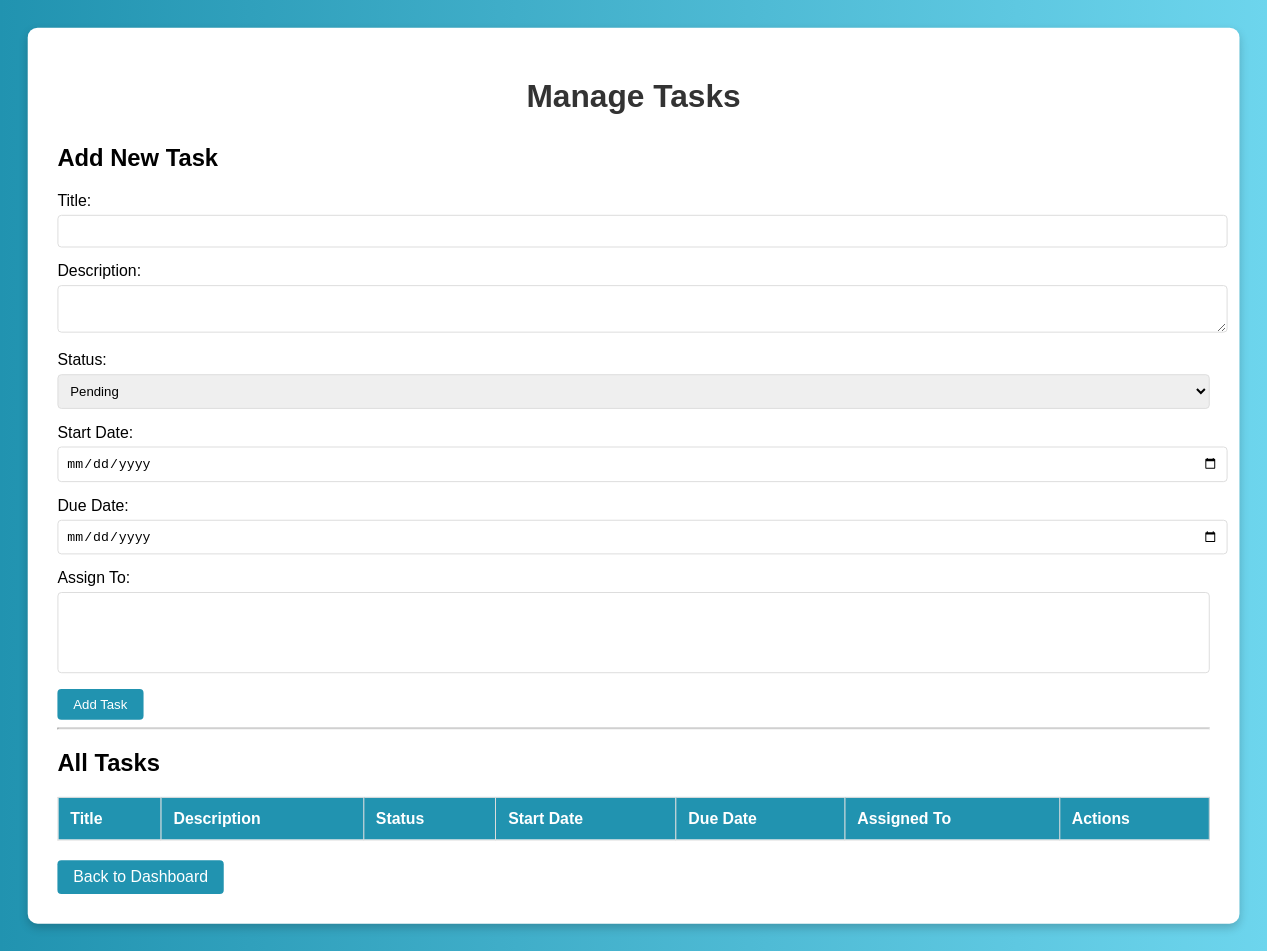
Repository: Yashagr5/WTraining
Page: http://localhost/admin/tasks
These files come from the project's save history. The page is drawn as it stood at one moment and after the next save; the edit follows.
The browser window is 1280 px wide. The pictures show the whole page, at 99% of full size.
Some web libraries are served in a nearby version. The page is this project's Thymeleaf template; nobody is signed in. The template is opened directly, without the code that normally fills it, so the values that code supplies are empty.

Above is the page before, as saved 2025-09-01 19:12:04.

After the next save:
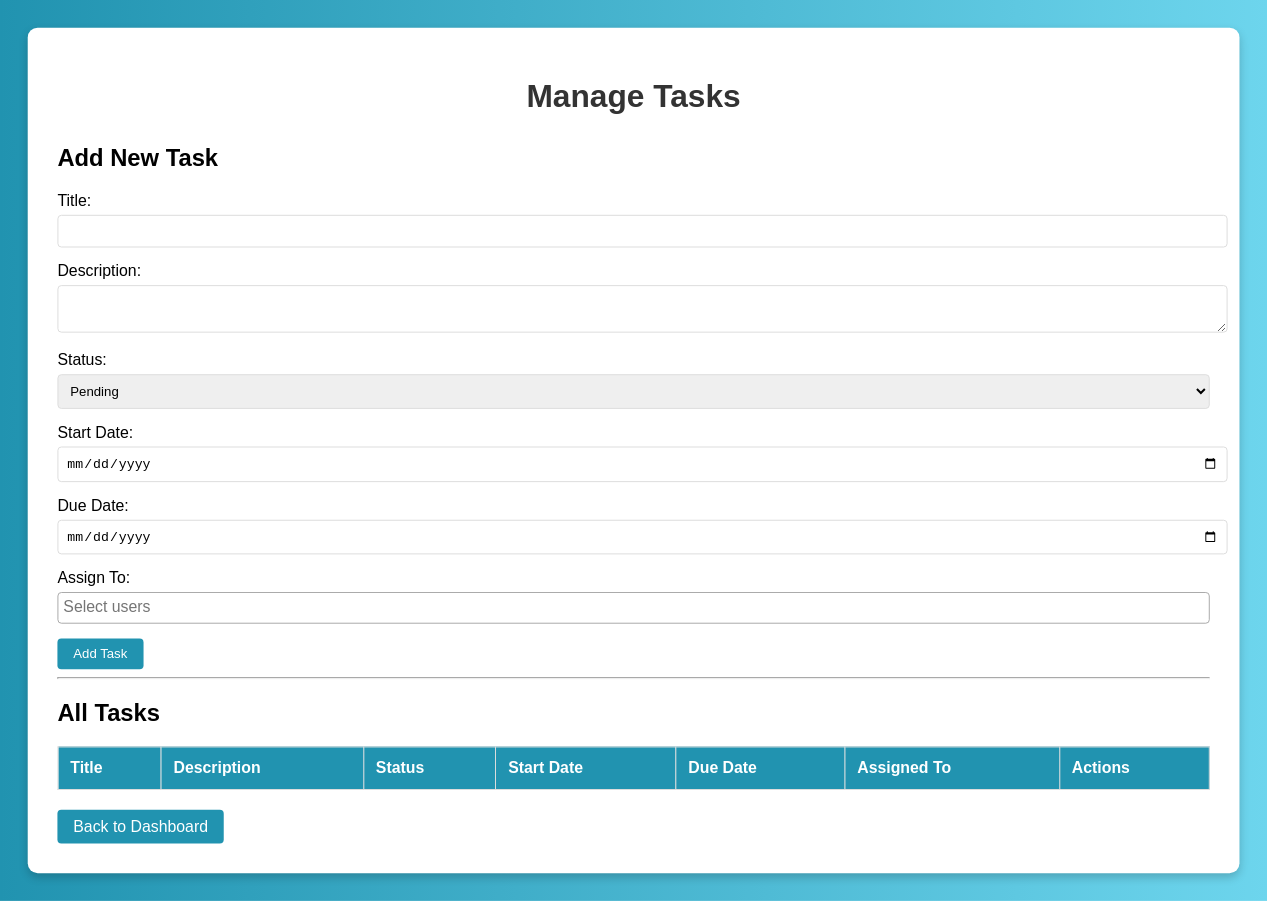
Saved 30 s later.
--- a/SpringBoot/SpringBootWorkNest/src/main/resources/templates/admin/tasks.html
+++ b/SpringBoot/SpringBootWorkNest/src/main/resources/templates/admin/tasks.html
@@ -146,4 +146,12 @@
         <a th:href="@{/admin/dashboard}" class="btn">Back to Dashboard</a>
     </div>
 </body>
+<script>
+  $(document).ready(function() {
+    $('#assignedUsersDropdown').select2({
+      placeholder: "Select users",
+      allowClear: true
+    });
+  });
+</script>
 </html>
